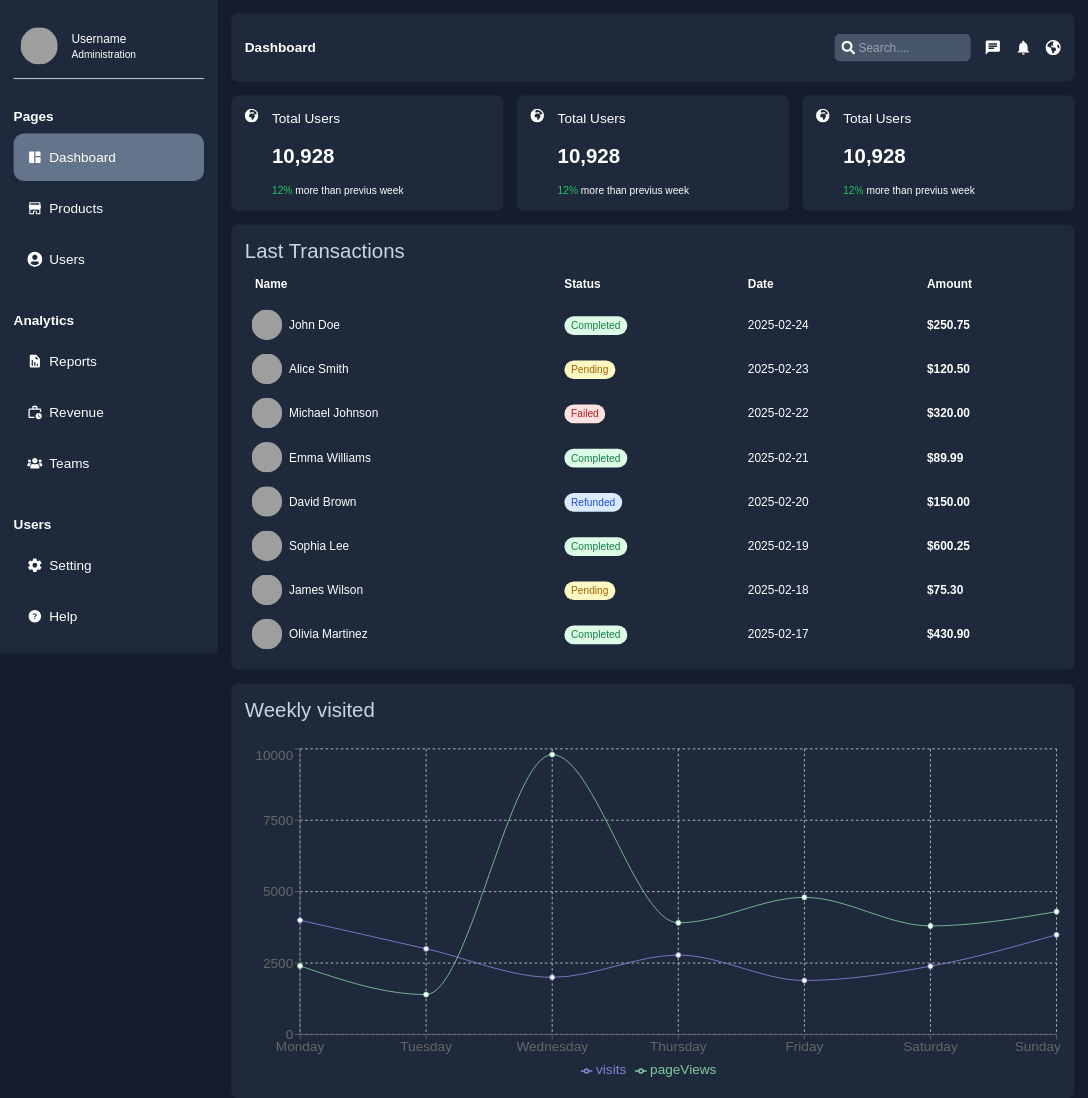
Repository: Than-sothearak/next-computer-admin
Page: /dashboard
These files come from the project's save history. The page is drawn as it stood at one moment and after the next save; the edit follows.
The browser window is 1280 px wide. The pictures show the whole page, at 85% of full size.
Pictures or frames that could not be fetched are drawn as grey boxes. The project was rebuilt for these pictures with package versions that can differ from the ones it lists, and the page was loaded fresh each time. The framework's server and built-in components were replaced by stand-ins that run in the browser. Also part of the build but not shown: next.config.mjs.

Above is the page before, as saved 2025-02-24 23:13:34.

### app/layout.js
import { Geist, Geist_Mono } from "next/font/google";
import "./globals.css";

const geistSans = Geist({
  variable: "--font-geist-sans",
  subsets: ["latin"],
});

const geistMono = Geist_Mono({
  variable: "--font-geist-mono",
  subsets: ["latin"],
});

export const metadata = {
  title: "Computer shop admin",
  description: "Computer shop admin",
};

export default function RootLayout({ children }) {
  return (
    <html lang="en">
      <body
        className={`${geistSans.variable} ${geistMono.variable} antialiased`}
      >
        {children}
      </body>
    </html>
  );
}

### app/dashboard/layout.js
import { Navbar } from "@/components/dashboard/navbar/navbar";
import { Sidebar } from "@/components/dashboard/sidebar/sidebar";

export default function DashboardLayout({ children }) {
  return (
    <div className="flex">
      <div className="">
        <Sidebar />
      </div>
      <div className="w-full mt-4 mx-4">
        <Navbar />
        <div>{children}</div>
      </div>
    </div>
  );
}

### app/dashboard/page.js
import LineChartComponent from "@/components/LineChartComponent";
import Chart from "@/components/LineChartComponent";
import { latestTransactions } from "@/data/lastTransactions";
import { FaEarthAfrica } from "react-icons/fa6";
const DashboardPage = () => {

  const statusColors = {
    Completed: "bg-green-100 text-green-700",
    Pending: "bg-yellow-100 text-yellow-700",
    Failed: "bg-red-100 text-red-700",
    Refunded: "bg-blue-100 text-blue-700",
  };
  return (
 <>
    <div className="mt-4 rounded-lg flex max-sm:flex-wrap gap-4">
      <div className="w-full justify-start items-start flex gap-4 p-4 bg-slate-800 rounded-lg ">
        <div><FaEarthAfrica /></div>
        <div className="flex flex-col gap-4">
          <h2>Total Users</h2>
          <h1 className="text-2xl font-bold">10,928</h1>
          <p className="text-green-500 text-xs">12% <span className="text-white">more than previus week</span></p>
        </div>
      </div>

      <div className="w-full justify-start items-start flex gap-4 p-4 bg-slate-800 rounded-lg ">
        <div><FaEarthAfrica /></div>
        <div className="flex flex-col gap-4">
          <h2>Total Users</h2>
          <h1 className="text-2xl font-bold">10,928</h1>
          <p className="text-green-500 text-xs">12% <span className="text-white">more than previus week</span></p>
        </div>
      </div>

      <div className="w-full justify-start items-start flex gap-4 p-4 bg-slate-800 rounded-lg ">
        <div><FaEarthAfrica /></div>
        <div className="flex flex-col gap-4">
          <h2>Total Users</h2>
          <h1 className="text-2xl font-bold">10,928</h1>
          <p className="text-green-500 text-xs">12% <span className="text-white">more than previus week</span></p>
        </div>
      </div>

    </div>

    <div className="mt-4 rounded-lg bg-slate-800 p-4">
      <h1 className="text-2xl text-slate-300">Last Transactions</h1>
      <div>
      <table className="w-full rounded-lg overflow-hidden">
        <thead className="text-sm">
          <tr>
            <th className="p-3 text-left">Name</th>
            <th className="p-3 text-left">Status</th>
            <th className="p-3 text-left">Date</th>
            <th className="p-3 text-left">Amount</th>
          </tr>
        </thead>
        <tbody className="text-sm">
          {latestTransactions.map((transaction, index) => (
            <tr
              key={index}
              className=" transition-all"
            >
              <td className="p-2 flex gap-2 items-center"><img className="object-cover w-9 h-9 rounded-full " src="https://wac-cdn.atlassian.com/dam/jcr:ba03a215-2f45-40f5-8540-b2015223c918/Max-R_Headshot%20(1).jpg?cdnVersion=2574"/>{transaction.name}</td>
              <td className="p-3">
                <span
                  className={`px-2 py-1 rounded-full text-xs font-medium ${
                    statusColors[transaction.status] || "bg-gray-100 text-gray-700"
                  }`}
                >
                  {transaction.status}
                </span>
              </td>
              <td className="p-3">{transaction.date}</td>
              <td className="p-3 font-semibold">${transaction.amount.toFixed(2)}</td>
            </tr>
          ))}
        </tbody>
      </table>
      </div>
    </div>

    <LineChartComponent />
 </>


  );
};

export default DashboardPage;

### app/globals.css
@tailwind base;
@tailwind components;
@tailwind utilities;

:root {
    --bg: #151c2c;
    --bgSoft: #182237;
    --text: white;
    --textSoft: #b7bac1;
}

*{
    margin:  0;
    padding: 0;
    box-sizing: border-box;
    font-family:Arial, Helvetica, sans-serif
}

body {
    background-color: var(--bg);
    color: var(--text);
}

a {
    color: inherit;
    text-decoration: none;
}

### components/dashboard/navbar/navbar.js
import { FaSearch } from "react-icons/fa";
import { MdChat, MdNotifications } from "react-icons/md";
import { FaEarthAmericas } from "react-icons/fa6";
export const Navbar = () => {
  return (
    <div className="bg-slate-800 py-6 px-4 rounded-lg w-full flex justify-between items-center">
      <div>
        <h2 className="font-bold">Dashboard</h2>
      </div>
      <div className="flex gap-4 items-center">
        <div className="bg-slate-600 rounded-md w-40 flex relative items-center justify-start pl-2 gap-2 py-2">
          <FaSearch />
          <input
            type="text"
            placeholder="Search...."
            className="w-28 text-sm border-none outline-none ring-0 focus:ring-0 focus:outline-none bg-transparent absolute top-0 bottom-0 left-7 overflow-hidden"
          />
        </div>
        <div className="cursor-pointer"><MdChat size={20}/></div>
        <div className="cursor-pointer"><MdNotifications size={20}/></div>
        <div className="cursor-pointer"><FaEarthAmericas size={18}/></div>
      </div>
    </div>
  );
};

### components/dashboard/sidebar/sidebar.js
"use client"
import { useState } from "react";
import { analyticNavigation, pageNavigation, userNavigation } from "@/lib/navLinks";
import { SidebarList } from "@/components/SidebarList";
import { IoMdMenu } from "react-icons/io";
import { IoClose } from "react-icons/io5";
import { SidebarListMobile } from "@/components/SidebarListMobile";

export const Sidebar = () => {
  const [isOpen, setIsOpen] = useState(false);

  return (
    <>

      <div className="lg:hidden ml-4 mt-4 ">
        <button
          onClick={() => setIsOpen(true)}
          aria-label="Open Sidebar"
          title="Open Sidebar"
        >
          <IoMdMenu size={28} />
        </button>
      </div>
    {/* Mobile side */}
      <div className="lg:hidden ml-1 mt-4">
        <SidebarListMobile navList={pageNavigation}/>
        <SidebarListMobile navList={analyticNavigation} />
        <SidebarListMobile navList={userNavigation} />
      </div>


      <div
        className={`bg-slate-800 p-4 w-64 min-h-screen fixed top-0 left-0 z-50 transform transition-transform duration-300 ease-in-out
          ${isOpen ? "translate-x-0" : "-translate-x-full"} lg:translate-x-0 lg:static max-sm:w-full
        `}
      >

        <div className="flex justify-between items-center mb-4 lg:hidden">
          <span className="text-white text-lg font-semibold">Menu</span>
          <button
            onClick={() => setIsOpen(false)}
            aria-label="Close Sidebar"
            title="Close Sidebar"
            className="text-white"
          >
            <IoClose size={28} />
          </button>
        </div>


        <div className="cursor-pointer flex items-center gap-4 px-2 py-4 text-white">
          <img className="w-11 h-11 bg-cover rounded-full"src="https://static.vecteezy.com/system/resources/previews/005/544/718/non_2x/profile-icon-design-free-vector.jpg"/>
          <div className="">
            <h1 className="text-sm">Username</h1>
            <p className="text-xs">Administration</p>

          </div>

          </div>
          <hr />

        <SidebarList navList={pageNavigation} />
        <SidebarList navList={analyticNavigation} />
        <SidebarList navList={userNavigation} />
      </div>

      {/* Overlay (closes sidebar when clicked) */}
      {isOpen && (
        <div
          className="fixed inset-0 bg-black bg-opacity-50 lg:hidden"
          onClick={() => setIsOpen(false)}
        />
      )}
    </>
  );
};

### components/LineChartComponent.js
"use client"
import { LineChart, Line, XAxis, YAxis, CartesianGrid, Tooltip, Legend, ResponsiveContainer } from 'recharts';

const data = [
  {
    name: 'Monday',
    visits: 4000,
    pageViews: 2400,
    bounceRate: 2400,
  },
  {
    name: 'Tuesday',
    visits: 3000,
    pageViews: 1398,
    bounceRate: 2210,
  },
  {
    name: 'Wednesday',
    visits: 2000,
    pageViews: 9800,
    bounceRate: 2290,
  },
  {
    name: 'Thursday',
    visits: 2780,
    pageViews: 3908,
    bounceRate: 2000,
  },
  {
    name: 'Friday',
    visits: 1890,
    pageViews: 4800,
    bounceRate: 2181,
  },
  {
    name: 'Saturday',
    visits: 2390,
    pageViews: 3800,
    bounceRate: 2500,
  },
  {
    name: 'Sunday',
    visits: 3490,
    pageViews: 4300,
    bounceRate: 2100,
  },
];



export default function LineChartComponent() {
    return (
      <div className='mt-4 p-4 bg-slate-800 rounded-lg'>
        <h1 className="text-2xl text-slate-300">Weekly visited</h1>
        <div className='mt-6'>
        <ResponsiveContainer width="100%" height={400}>
        <LineChart data={data}>
          <CartesianGrid strokeDasharray="3 3" />
          <XAxis dataKey="name" />
          <YAxis />
          <Tooltip />
          <Legend />
          <Line type="monotone" dataKey="visits" stroke="#8884d8" />
          <Line type="monotone" dataKey="pageViews" stroke="#82ca9d" />
        </LineChart>
      </ResponsiveContainer>
        </div>
      </div>
    );
  }

### data/lastTransactions.js
export const latestTransactions = [
    {
      name: "John Doe",
      status: "Completed",
      date: "2025-02-24",
      amount: 250.75,
    },
    {
      name: "Alice Smith",
      status: "Pending",
      date: "2025-02-23",
      amount: 120.50,
    },
    {
      name: "Michael Johnson",
      status: "Failed",
      date: "2025-02-22",
      amount: 320.00,
    },
    {
      name: "Emma Williams",
      status: "Completed",
      date: "2025-02-21",
      amount: 89.99,
    },
    {
      name: "David Brown",
      status: "Refunded",
      date: "2025-02-20",
      amount: 150.00,
    },
    {
      name: "Sophia Lee",
      status: "Completed",
      date: "2025-02-19",
      amount: 600.25,
    },
    {
      name: "James Wilson",
      status: "Pending",
      date: "2025-02-18",
      amount: 75.30,
    },
    {
      name: "Olivia Martinez",
      status: "Completed",
      date: "2025-02-17",
      amount: 430.90,
    },
  ];

### lib/navLinks.js
import { MdSpaceDashboard } from "react-icons/md";
import { AiFillShop } from "react-icons/ai"; // Replace with correct icon if needed
import { FaUserCircle, FaUsers } from "react-icons/fa";
import { BiSolidReport } from "react-icons/bi";
import { MdOutlineWorkHistory } from "react-icons/md";
import { IoSettingsSharp } from "react-icons/io5";
import { IoIosHelpCircle } from "react-icons/io";

export const pageNavigation = {
  name: "Pages",
  links: [ {
    path: "/dashboard",
    name: "Dashboard",
    icon: <MdSpaceDashboard size={18} />,
  },
  {
    path: "/dashboard/products",
    name: "Products",
    icon: <AiFillShop size={18} />,
  },
  {
    path: "/dashboard/users",
    name: "Users",
    icon: <FaUserCircle size={18} />,
  },]
}

export const analyticNavigation = {
  name: "Analytics",
  links: [
    {
      path: "/reports",
      name: "Reports",
      icon: <BiSolidReport size={18} />,
    },
    {
      path: "/revenue",
      name: "Revenue",
      icon: <MdOutlineWorkHistory size={18} />,
    },
    {
      path: "/dashboard/teams",
      name: "Teams",
      icon: <FaUsers size={18} />,
    },
  ]
}

export const userNavigation = {
  name: "Users",
  links: [
    {
      path: "/setting",
      name: "Setting",
      icon: <IoSettingsSharp size={18} />,
    },
    {
      path: "/help",
      name: "Help",
      icon: <IoIosHelpCircle size={18} />,
    },

  ]
}

  ;

### components/SidebarList.js
"use client"
import Link from 'next/link'
import { usePathname } from 'next/navigation';

export const SidebarList = ({navList}) => {
    const pathName = usePathname();
  return (
    <div className="mt-8 font-bold">
    {navList.name}
    <ul className="flex flex-col gap-1 mt-2 cursor-pointer">
      {navList.links.map((item) => (
        <Link
        title={item.name}
          href={item.path}
          key={item.path}
          className={`hover:bg-slate-700 flex gap-2 justify-start items-center ${
            pathName === item.path ? "bg-slate-500 hover:bg-slate-500" : "bg-balck "
          } rounded-xl px-4 py-4`}
        >
          <div>{item.icon}</div>
          <h2 className='font-normal'>{item.name}</h2>
        </Link>
      ))}
    </ul>
  </div>
  )
}

### components/SidebarListMobile.js
"use client"
import Link from 'next/link'
import { usePathname } from 'next/navigation';

export const SidebarListMobile = ({navList}) => {
    const pathName = usePathname();
  return (
    <div className="mt-4">
    <ul className="flex flex-col gap-1 mt-2 cursor-pointer">
      {navList.links.map((item) => (
        <Link
        title={item.name}
          href={item.path}
          key={item.path}
          className={`flex gap-2 justify-start items-center hover:bg-slate-800 ${
            pathName === item.path ? "bg-slate-500 hover:bg-slate-500" : "bg-balck "
          } rounded-xl px-4 py-4`}
        >
          <div>{item.icon}</div>

        </Link>
      ))}
    </ul>
  </div>
  )
}

Loaded but not shown: tailwind.config.mjs (common file)

After the next save:
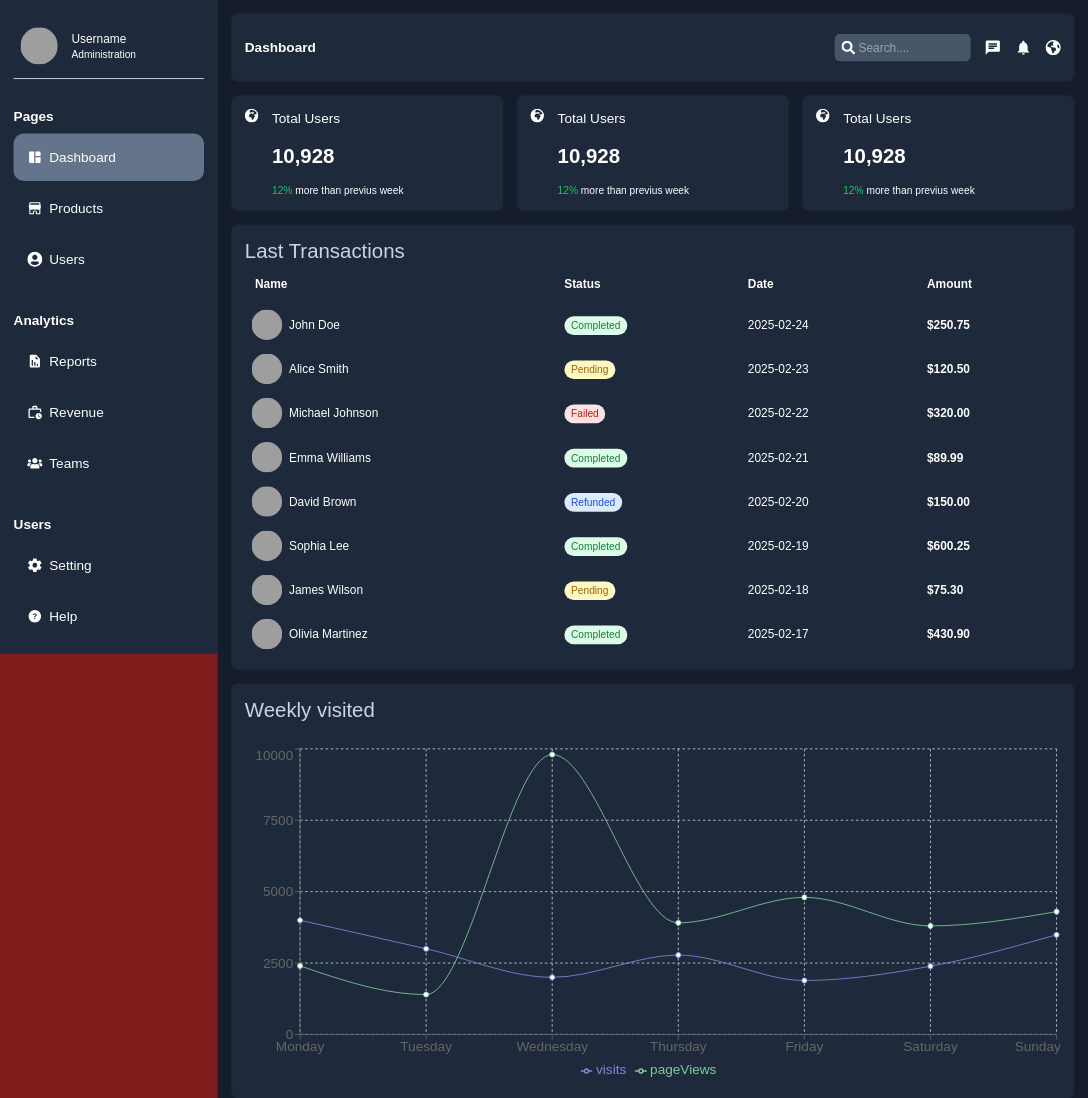
Saved 26 s later.
--- a/app/dashboard/layout.js
+++ b/app/dashboard/layout.js
@@ -4,7 +4,7 @@ import { Sidebar } from "@/components/dashboard/sidebar/sidebar";
 export default function DashboardLayout({ children }) {
   return (
     <div className="flex">
-      <div className="">
+      <div className="bg-red-900">
         <Sidebar />
       </div>
       <div className="w-full mt-4 mx-4">
